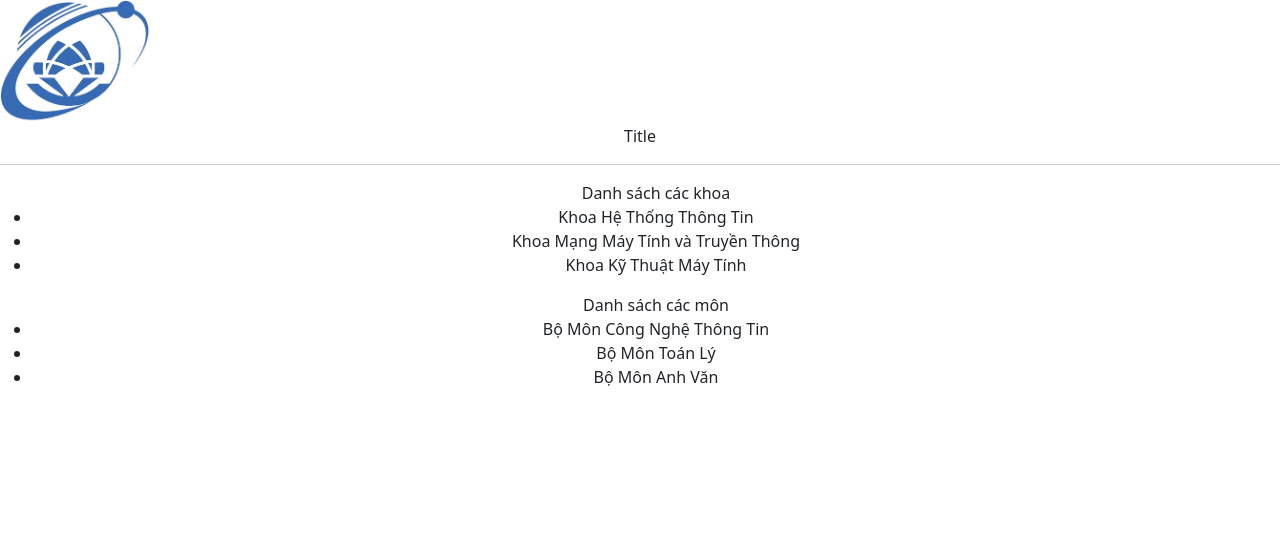
Repository: hoapham2k2/bai_tap_thuc_hanh_is207.n12
Page: index.html
An editor plug-in stored every save of this project. The page is shown before and after the next save, followed by the edit.
The browser window is 1280 px wide. The pictures show the whole page.

Above is the page before, as saved 2022-09-19 08:52:13.

After the next save:
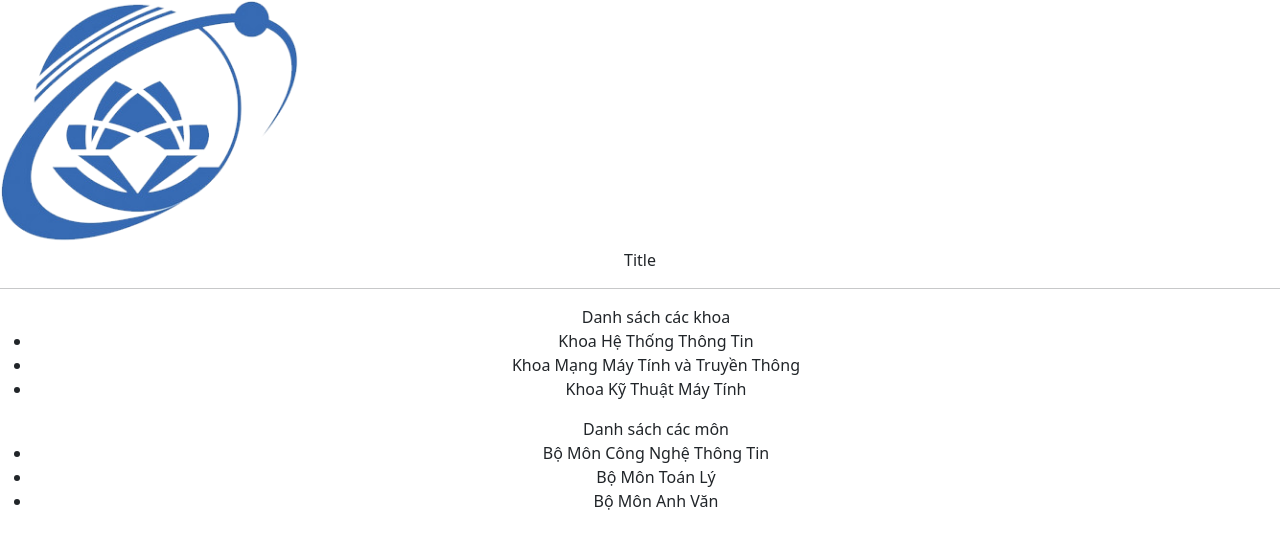
Saved 5 s later.
--- a/index.html
+++ b/index.html
@@ -79,7 +79,7 @@
     <div class="wrapper text-center">
         <div class="wrapper_header">
             <div class="wrapper_header_logo">
-                <img src="./assets/img/logo-uit.png" alt="anh_logo_uit" width="150px">
+                <img src="./assets/img/logo-uit.png" alt="anh_logo_uit" width="300px">
             </div>
             <div class="wrapper_header_title">Title</div>
         </div>
